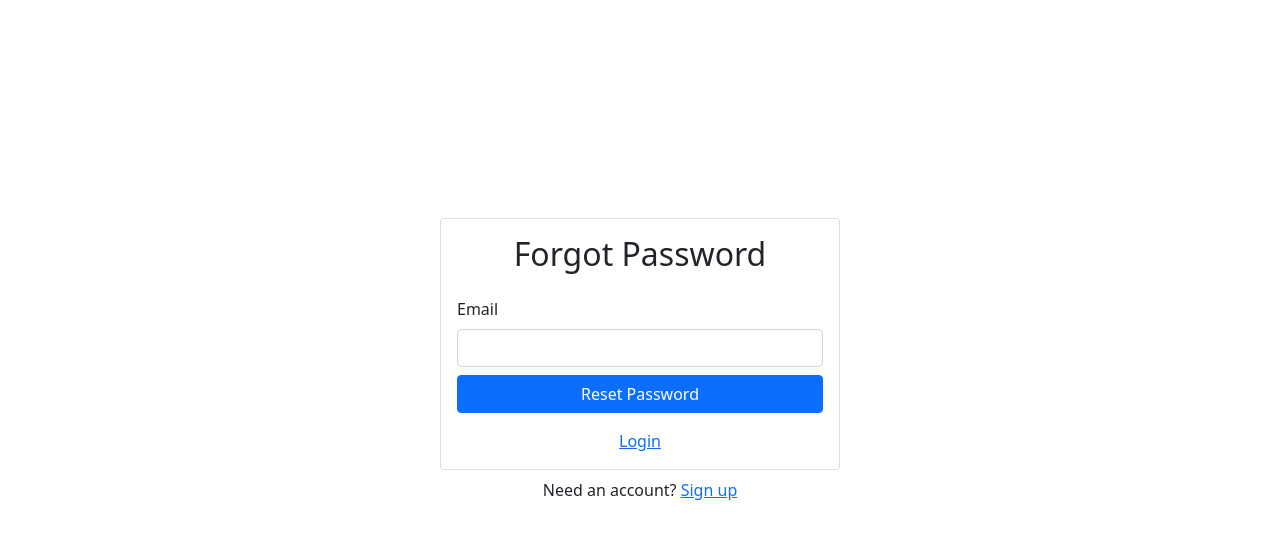
Repository: SirZeck/gg-drive
Page: /forgot-password
These files come from the project's save history. The page is drawn as it stood at one moment and after the next save; the edit follows.
The browser window is 1280 px wide. The pictures show the whole page.
The project was rebuilt for these pictures with package versions that can differ from the ones it lists, and the page was loaded fresh each time. Also part of the build but not shown: src/components/Signup.js, src/components/Dashboard.js, src/components/Login.js, src/components/PrivateRoute.js.

Above is the page before, as saved 2021-09-28 18:20:04.

### src/index.js
import React from 'react';
import ReactDOM from 'react-dom';
import App from "./components/App";
import "bootstrap/dist/css/bootstrap.min.css"


ReactDOM.render(
  <React.StrictMode>
    <App />
  </React.StrictMode>,
  document.getElementById('root')
);

### src/components/App.js
//import React from "react";

import Signup from "./Signup";
import { Container } from "react-bootstrap"
import { AuthProvider } from "../contexts/AuthContext"
import { BrowserRouter as Router, Switch, Route } from "react-router-dom"
import Dashboard from "./Dashboard";
import Login from "./Login";
import PrivateRoute from "./PrivateRoute";
import ForgotPassword from "./ForgotPassword";

function App() {
  return (
  <AuthProvider>
    <Container
      className="d-flex align-items-center justify-content-center"
      style={{ minHeight: "100vh" }}
    >
      <div className="w-100" style={{ maxWidth: "400px" }}>
        <Router>
          <AuthProvider>
            <Switch>
              <PrivateRoute exact path="/" component={Dashboard} />
              <Route path="/signup" component={Signup} />
              <Route path="/login" component={Login} />
              <Route path="/forgot-password" component={ForgotPassword} />
            </Switch>
          </AuthProvider>
        </Router>
      </div>

    </Container>
  </AuthProvider>
  )
}

export default App;

### src/contexts/AuthContext.js
import React, { useContext, useEffect, useState } from 'react'
import { auth } from '../compat/firebase'

const AuthContext = React.createContext()

export function useAuth() {
    return useContext(AuthContext)
}

export function AuthProvider({ children }) {
    const [currentUser, setCurrentUser] = useState()
    const [loading, setLoading] = useState(true)

    function signup(email, password) {
        return auth.createUserWithEmailAndPassword(email, password)
    }

    function login(email, password) {
        return auth.signInWithEmailAndPassword(email, password)
    }

    function logout() {
        return auth.signOut()
    }

    useEffect (() => {
        const unsubscribe = auth.onAuthStateChanged(user => {
            setCurrentUser(user)
            setLoading(false)
        })
        return unsubscribe
    },[])


    const value = {
        currentUser,
        login,
        signup,
        logout
    }

    return (
        <AuthContext.Provider value={value}>
            {!loading && children}
        </AuthContext.Provider>
    )
}

### src/components/ForgotPassword.js
import React, { useRef, useState } from 'react'
import { Form, Button, Card, Alert } from 'react-bootstrap'
import { useAuth } from '../contexts/AuthContext'
import { Link, useHistory } from 'react-router-dom'

export default function ForgotPassword() {
    const emailRef = useRef()
    const { login } = useAuth()
    const [error, setError] = useState('')
    const [loading, setLoading] = useState(false)
    const history = useHistory()

    async function handleSubmit(e) {
        e.preventDefault()

        try {
            setError('')
            setLoading(true)
            //await login(emailRef.current.value, passwordRef.current.value)
            history.push("/")
        } catch {
            setError('Failed to sign in')
        }

        setLoading(false)
    }

    return (
        <>
            <Card>
                <Card.Body>
                    <h2 className="text-center mb-4">Forgot Password</h2>
                    {error && <Alert variant="danger">{error}</Alert>}
                    <Form onSubmit={handleSubmit}>
                        <Form.Group id="email">
                            <Form.Label>Email</Form.Label>
                            <Form.Control type="email" ref={emailRef} required />
                        </Form.Group>

                        <Button disabled={loading} className="w-100 mt-2"  type="submit">
                            Reset Password
                        </Button>
                    </Form>
                    <div className="w-100 text-center mt-3">
                        <Link to="/login">Login</Link>
                    </div>
                </Card.Body>
            </Card>

            <div className="w-100 text-center mt-2">
                Need an account? <Link to="/signup">Sign up</Link>
            </div>
        </>
    )
}

### src/compat/firebase.js
import firebase from 'firebase/compat/app'
import 'firebase/compat/auth'

const app = firebase.initializeApp({
    apiKey: process.env.REACT_APP_FIREBASE_API_KEY,
    authDomain: process.env.REACT_APP_FIREBASE_AUTH_DOMAIN,
    databaseURL: process.env.REACT_APP_FIREBASE_DATABASE,
    projectId: process.env.REACT_APP_FIREBASE_PROJECT_ID,
    storageBucket: process.env.REACT_APP_FIREBASE_STORAGE_BUCKET,
    messagingSenderId: process.env.REACT_APP_FIREBASE_MESSAGING_SENDER_ID,
    appId: process.env.REACT_APP_FIREBASE_APP_ID
})

export const auth = app.auth()
export default app

Loaded but not shown: public/index.html (common file)

After the next save:
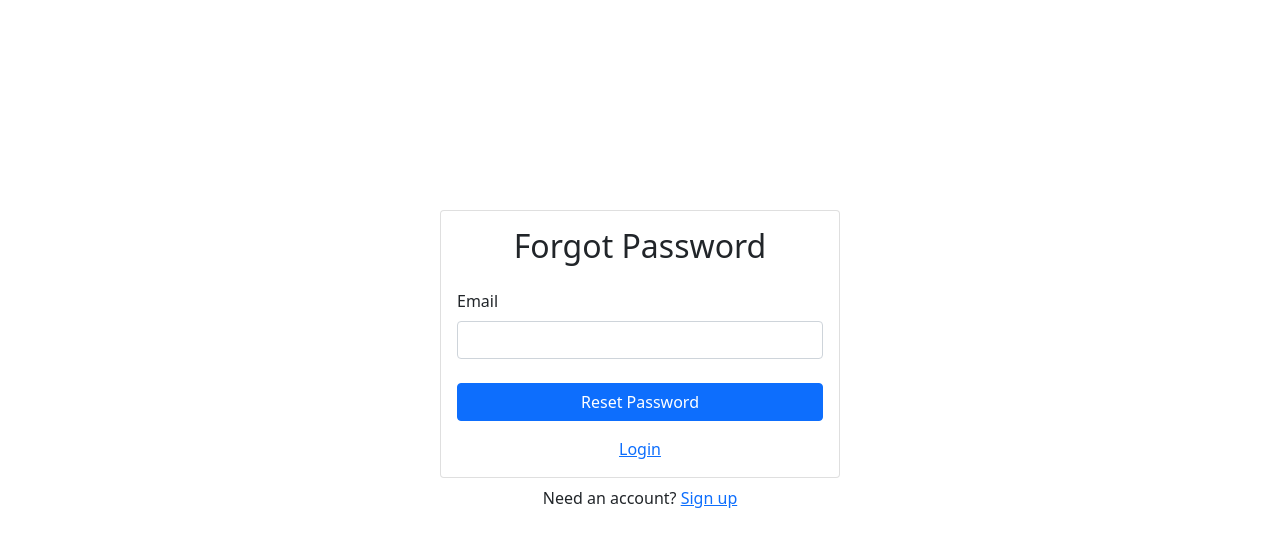
Saved 10 s later.
--- a/src/components/ForgotPassword.js
+++ b/src/components/ForgotPassword.js
@@ -37,7 +37,7 @@
                             <Form.Control type="email" ref={emailRef} required />
                         </Form.Group>
 
-                        <Button disabled={loading} className="w-100 mt-2"  type="submit">
+                        <Button disabled={loading} className="w-100 mt-4"  type="submit">
                             Reset Password
                         </Button>
                     </Form>

After the save that followed:
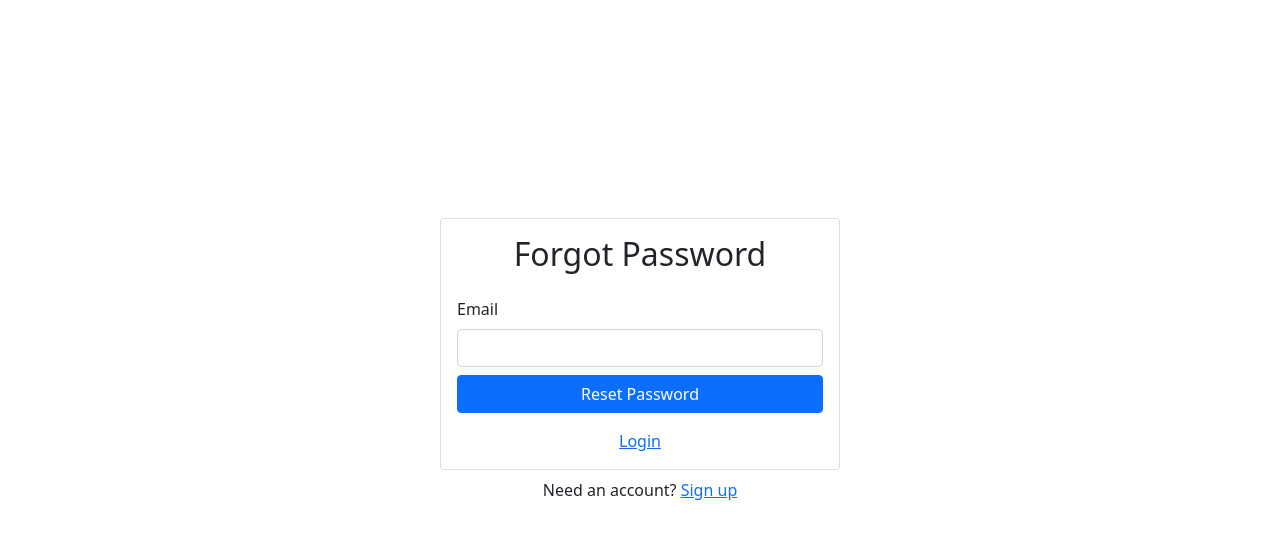
Saved 5 s later.
--- a/src/components/ForgotPassword.js
+++ b/src/components/ForgotPassword.js
@@ -37,7 +37,7 @@
                             <Form.Control type="email" ref={emailRef} required />
                         </Form.Group>
 
-                        <Button disabled={loading} className="w-100 mt-4"  type="submit">
+                        <Button disabled={loading} className="w-100 mt-2"  type="submit">
                             Reset Password
                         </Button>
                     </Form>
